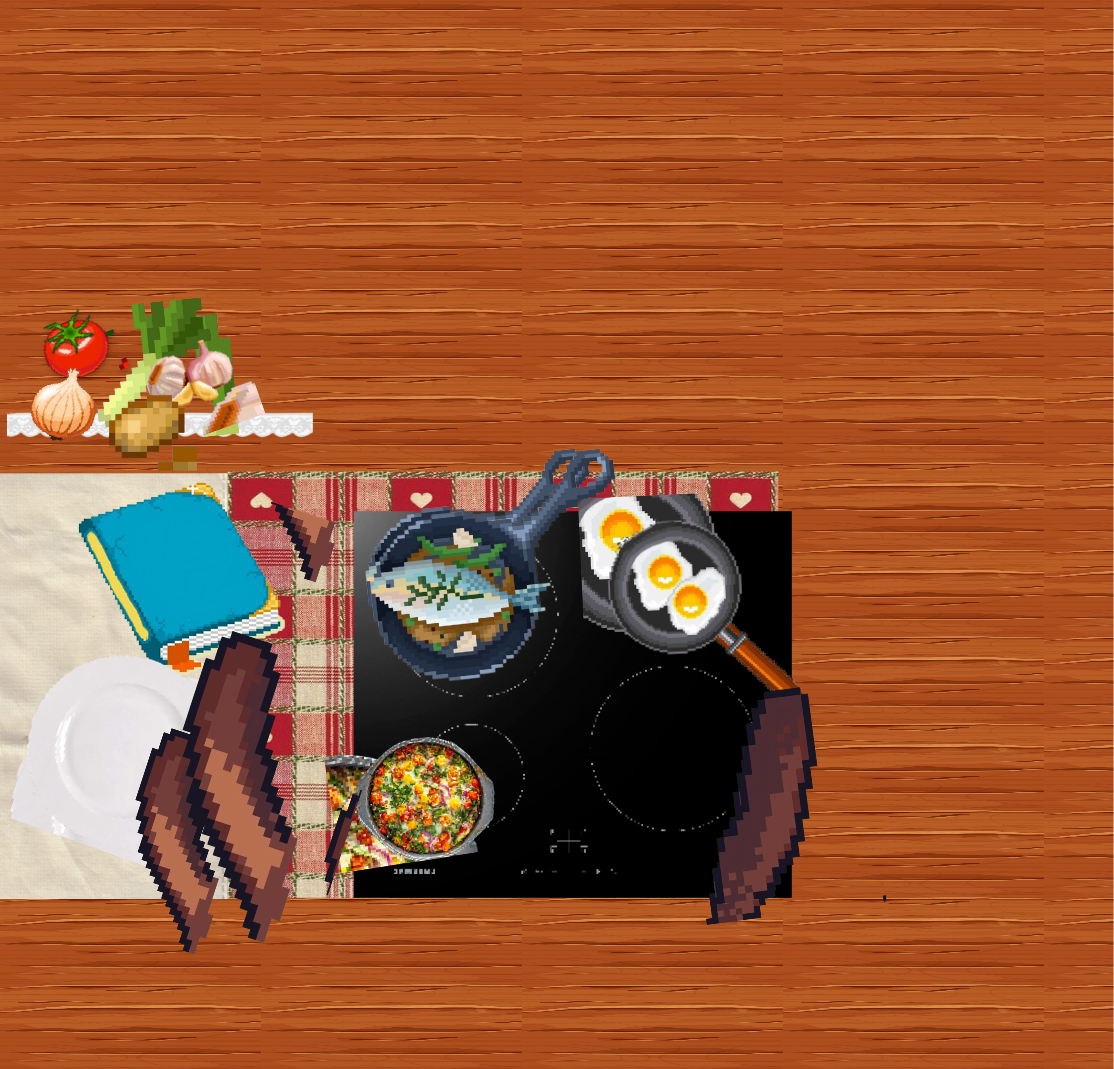
Repository: AJamdonuts/ToddyTalks
Page: playingaround2/pages/chefsujin.html
The author's editor kept a copy of each file at every save. The page is drawn from the files as they stood at one save, then again after the next save.
The browser window is 1280 px wide. The pictures show the whole page, at 87% of full size.

Above is the page before, as saved 2025-11-26 20:24:47.

### playingaround2/pages/chefsujin.html
<!DOCTYPE html>
<html>
<head>
    <meta charset="UTF-8">
    <meta name="viewport" content="width=device-width, initial-scale=1">
    <link href="/playingaround2/styles/chefsujin.css" rel="stylesheet">
    <script src="/playingaround2/javascript/chefsujin.js" defer></script>
    <title>Chef Sujin</title>
    <link rel="icon" type="image/x-icon" href="/playingaround2/images/favicon.ico">
</head>
<body>
    <div class="canvas">
        <img src="/playingaround2/images/09362b8ce39beb85f830c3373e6b392c-removebg-preview.png" alt="Chef Sujin Banner" class="chef-sujin-banner">
        <img src="/playingaround2/images/b41e50d46e26e9463ce130b2da7a46aa.jpg" class="creamtexture">
        <img src="/playingaround2/images/check table cloth.jpg" class="checktablecloth">
        <img src="/playingaround2/images/pxArt-2.png" class="hob">
        <img src="/playingaround2/images/pixil-frame-0-removebg-preview 1.png" class="recipebook">
        <img src="/playingaround2/images/fishpan.png" class="fishpan">
        <img src="/playingaround2/images/leek-removebg-preview.png" class="leek">
        <img src="/playingaround2/images/garlic-removebg-preview.png" class="garlic">
        <img src="/playingaround2/images/d95fa1e62c663504736614e026fc4862-removebg-preview.png" class="potato">
        <img src="/playingaround2/images/pixil-frame-0-removebg-preview.png" class="eggpan" >
        <img src="/playingaround2/images/pxArt-2-removebg-preview.png" class="vegpan">
        <img src="/playingaround2/images/pxArt-removebg-preview.png" class="plate">
        <img src="/playingaround2/images/tomato-removebg-preview.png" class="tomato">
        <img src="/playingaround2/images/onion-removebg-preview.png" class="onion">
        <img src="/playingaround2/images/IMG_0236_2-removebg-preview.png" class="beararm1" >
        <img src="/playingaround2/images/IMG_0236-removebg-preview.png" class="beararm2" >
    </div>

</body>
</html>

### playingaround2/styles/chefsujin.css


/* Add a main container to hold all your absolutely positioned elements */
.canvas {
    position: relative;
    max-width: 1440px;
    max-height: 1024px;
    width: 100%;
    height: 100%;
    transform-origin: bottom left;
    transform: scale(var(--scale-factor, 1));
}

/* Use Flexbox on the body to center the .canvas element when it hits the max size */
body {
    display: flex;
    justify-content: center; /* horizontally center canvas */
    align-items: flex-end;   /* vertically position canvas as needed */

    background-image: url('/playingaround2/images/kitchencounter.jpg');
    background-repeat: repeat;      /* repeat the image */
    background-size: 300px 100px;   /* set width and height for each tile */
    background-position: top left;  /* start tiling from top-left */
    background-attachment: scroll;  /* moves with page */
    background-color: #ffffff;      /* fallback color */
}

.tomato {
    position: absolute;
    width: 133.75px;
    height: 133.75px;
    left: 45.02px;
    top: 55.06px;
    background: url(tomato-removebg-preview.png);
    filter: drop-shadow(0px 4px 4px rgba(0, 0, 0, 0.25));
    border-radius: 4px;
    transform: rotate(-24.58deg);
}

.potato {
    position: absolute;
    width: 165px;
    height: 165px;
    left: 146px;
    top: 161px;
    background: url(d95fa1e62c663504736614e026fc4862-removebg-preview.png);
}

.leek {
    position: absolute;
    width: 257.96px;
    height: 257.96px;
    left: 109.95px;
    top: 20px;
    background: url(leek-removebg-preview.png);
    transform: rotate(-5.62deg);
}

.garlic {
    position: absolute;
    width: 194.8px;
    height: 194.8px;
    left: 200.62px;
    top: 74.87px;
    background: url(garlic-removebg-preview.png);
    transform: rotate(-19.27deg);
}

.onion {
    position: absolute;
    width: 126.18px;
    height: 144.28px;
    left: 32px;
    top: 145.3px;
    background: url(onion-removebg-preview.png);
    transform: rotate(17.63deg);
    }

.recipebook {
    position: absolute;
    width: 392px;
    height: 392px;
    left: 90px;
    top: 302px;
}

.plate {
    position: absolute;
    width: 334.76px;
    height: 332.75px;
    left: 22px;
    top: 616px;
    background: url(pxArt-removebg-preview.png);
    transform: rotate(19.64deg);
}

.beararm1 {
    position: absolute;
    width: 448.49px;
    height: 883.17px;
    left: 132px;
    top: 374px;
    background: url(IMG_0236_2-removebg-preview.png);
    transform: matrix(0.95, 0.31, 0.31, -0.95, 0, 0);
}

.beararm2 {
    position: absolute;
    width: 348.8px;
    height: 764.5px;
    left: 1062px;
    top: 450px;
    background: url(IMG_0236-removebg-preview.png);
    transform: matrix(0.99, -0.13, -0.13, -0.99, 0, 0);
}

.fishpan {
    position: absolute;
    width: 546.95px;
    height: 546.95px;
    left: 532px;
    top: 257px;
    background: url(fishpan.png);
    transform: rotate(-6.22deg);
}

.eggpan {
    position: absolute;
    width: 396px;
    height: 396px;
    left: 942.44px;
    top: 362.44px;
    background: url(pixil-frame-0-removebg-preview.png);
    transform: rotate(177.33deg);
}

.vegpan {
    position: absolute;
    width: 207px;
    height: 310px;
    left: 580.54px;
    top: 703.1px;
    background: url(pxArt-2-removebg-preview.png);
    transform: rotate(81.24deg);
}

.hob {
position: absolute;
width: 716px;
height: 632px;
left: 567px;
top: 392px;
background: url(pxArt-2.png);
}

.creamtexture {
    position: absolute;
    width: 476px;
    height: 696px;
    left: -115px;
    top: 330px;
    background: url(b41e50d46e26e9463ce130b2da7a46aa.jpg);
}

.checktablecloth {
    position: absolute;
    width: 900px;
    height: 697px;
    left: 361px;
    top: 327px;
}

### playingaround2/javascript/chefsujin.js
function calculateScaleFactor() {
    // Define the original design dimensions
    const DESIGN_WIDTH = 1440;
    const DESIGN_HEIGHT = 1024;

    // Get the current viewport dimensions
    const viewportWidth = window.innerWidth;
    const viewportHeight = window.innerHeight;

    // Calculate the scale factor for both dimensions
    const widthScale = viewportWidth / DESIGN_WIDTH;
    const heightScale = viewportHeight / DESIGN_HEIGHT;

    // Use the smaller scale factor to ensure everything fits inside the window
    const scaleFactor = Math.min(widthScale, heightScale);

    // Get the .canvas element
    const canvas = document.querySelector('.canvas');

    // Apply the scale factor as a CSS variable
    if (canvas) {
        // If the viewport is larger than the design max, don't scale up past 1
        const finalScale = Math.min(scaleFactor, 1);
        canvas.style.setProperty('--scale-factor', finalScale);

        // Additionally, set the fixed width/height so the centering works correctly
        canvas.style.width = `${DESIGN_WIDTH}px`;
        canvas.style.height = `${DESIGN_HEIGHT}px`;
    }
}

// Run on load and on every window resize
window.addEventListener('resize', calculateScaleFactor);
document.addEventListener('DOMContentLoaded', calculateScaleFactor);

After the next save:
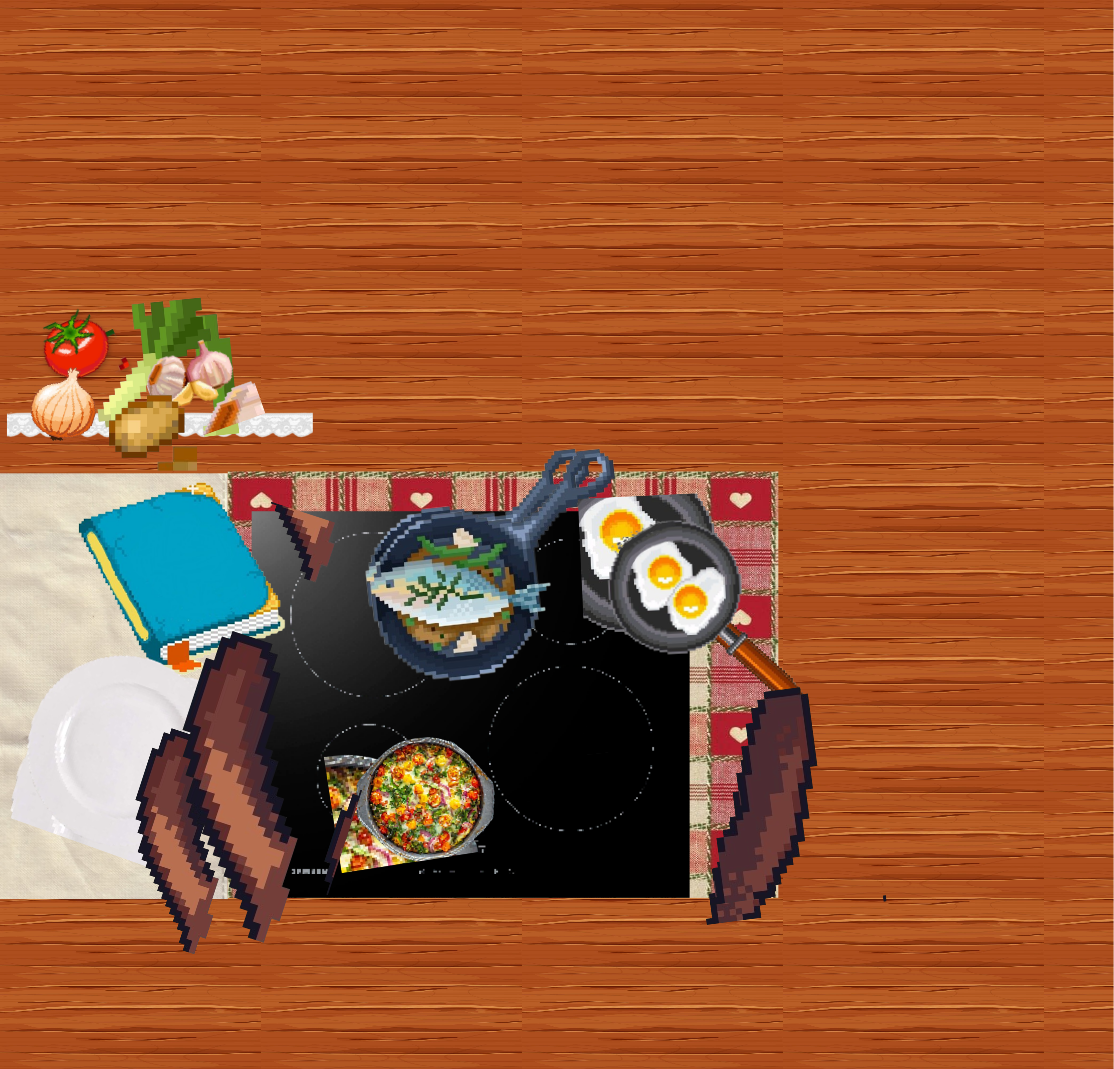
Saved 41 s later.
--- a/playingaround2/styles/chefsujin.css
+++ b/playingaround2/styles/chefsujin.css
@@ -145,12 +145,12 @@ body {
 }
 
 .hob {
-position: absolute;
-width: 716px;
-height: 632px;
-left: 567px;
-top: 392px;
-background: url(pxArt-2.png);
+    position: absolute;
+    width: 716px;
+    height: 632px;
+    left: 400px;
+    top: 392px;
+    background: url(pxArt-2.png);
 }
 
 .creamtexture {
